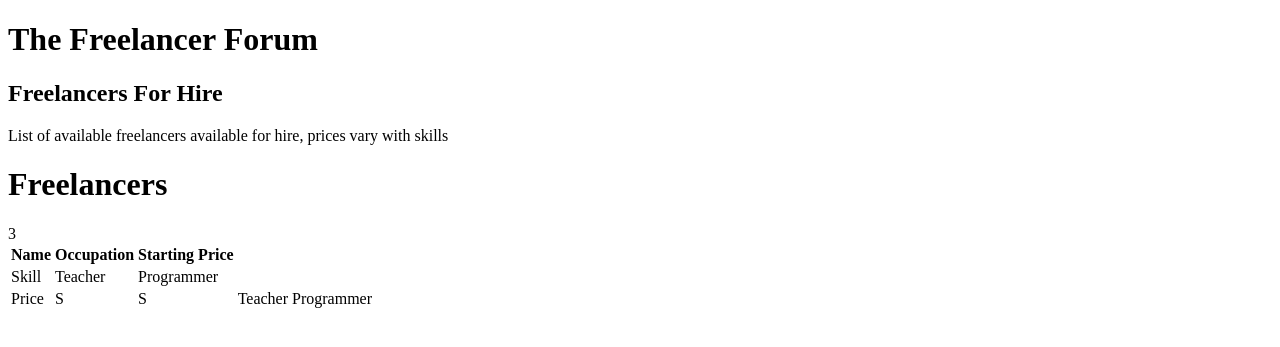
Repository: MelindaN14/Unit2.FreelancerForum
Page: forum/app.html
These files come from the project's save history. The page is drawn as it stood at one moment and after the next save; the edit follows.
The browser window is 1280 px wide. The pictures show the whole page.

Above is the page before, as saved 2024-04-10 21:27:10.

### forum/app.html
<!DOCTYPE html>
<html lang="en">
  <head>
    <meta charset="UTF-8" />
    <meta name="viewport" content="width=device-width, initial-scale=1.0" />
    <title>Document</title>
    <script src="app.js"></script>
  </head>
  <body>
    <h1>The Freelancer Forum</h1>
    <h2>Freelancers For Hire</h2>
    <p>List of available freelancers available for hire, prices vary with skills</p>
    <h1>Freelancers</h1>
  <div id="Names">
    <!-- Freelancers added here -->
  </div>
    <table id="freelancersList">
      <tr>
        <th>Name</th>
        <th>Occupation</th>
        <th>Starting Price</th>
      </tr>
      <tr>3
        <td>Skill</td>
        <td>Teacher</td>
        <td>Programmer</td>
      </tr>
       <tr>
   <td>Price</td>
   <td>S</td>
   <td>S</td>
   <td>Teacher</td>
   <td>Programmer</td>
 </tr>
      </tr>
    </table>
  </body>
</html>
<!-- write out names of the freelancers and their respective jobs
put them into a table? they want a new freelancer to be added and appear every few seconds and the aver
starting price -->

### forum/app.js
//  Freelancers names, jot title and starting price
// A few seconds later more freelancers name should appear along with job/price
// must use DOM ? wth
function theFreelancers ()
{
    const freelancersList = document.getElementById('freelancersList');

}
const names = ['Alice', 'Bob', 'Carol', 'Julia', 'Emma',''];
const occupations = ['Writer', 'Teacher', 'Programmer', 'Housekeeping', 'Personal Asst.'];

// let freelancers = [{
    // name:
// }]

console.log('hey');

After the next save:
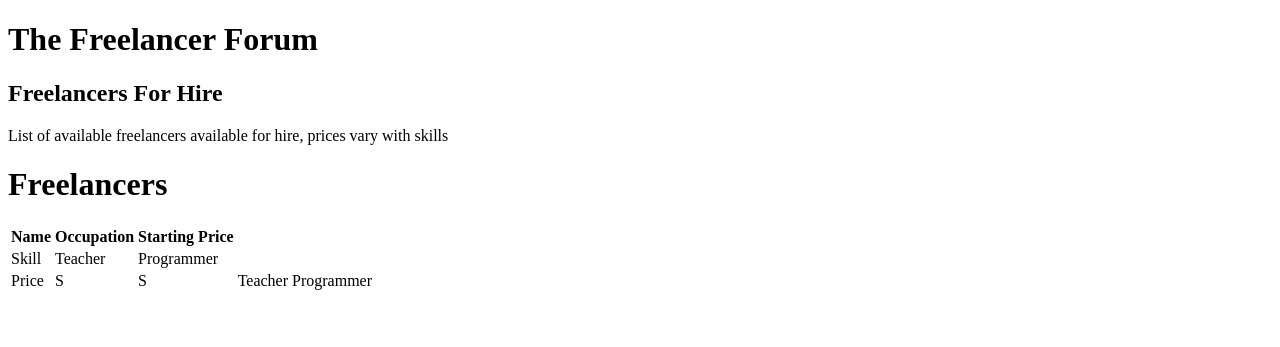
Saved 13 s later.
--- a/forum/app.html
+++ b/forum/app.html
@@ -20,7 +20,7 @@
         <th>Occupation</th>
         <th>Starting Price</th>
       </tr>
-      <tr>3
+      <tr>
         <td>Skill</td>
         <td>Teacher</td>
         <td>Programmer</td>
